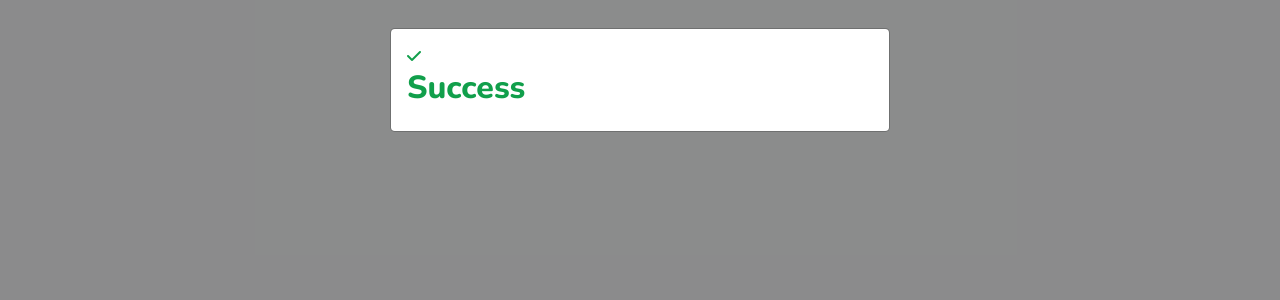
Repository: Dangtrinh28/thuymoc
Page: bookingSuccess.html
An editor plug-in stored every save of this project. The page is shown before and after a run of saves, followed by the edit.
The browser window is 1280 px wide. The pictures show the whole page.
Some web libraries are served in a nearby version.

Above is the page before, as saved 2022-11-25 04:05:01.

After the next 2 saves:
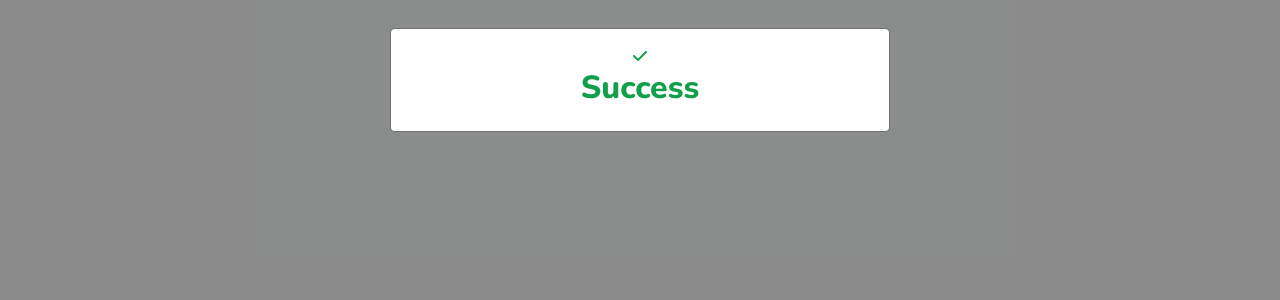
The 2 saves are shown as one change because they came seconds apart.
The last was saved 14 s later.
--- a/bookingSuccess.html
+++ b/bookingSuccess.html
@@ -39,7 +39,7 @@
         <div class="modal" style="display: block; background-color: rgba(128, 128, 128,0.9);">
             <div class="modal-dialog">
                 <div class="modal-content">
-                    <div class="modal-body text-primary">
+                    <div class="modal-body text-primary text-center">
                         <i class="modal-body-icon fa-solid fa-check"></i>
                         <h2 class="text-primary">Success</h2>
                     </div>
